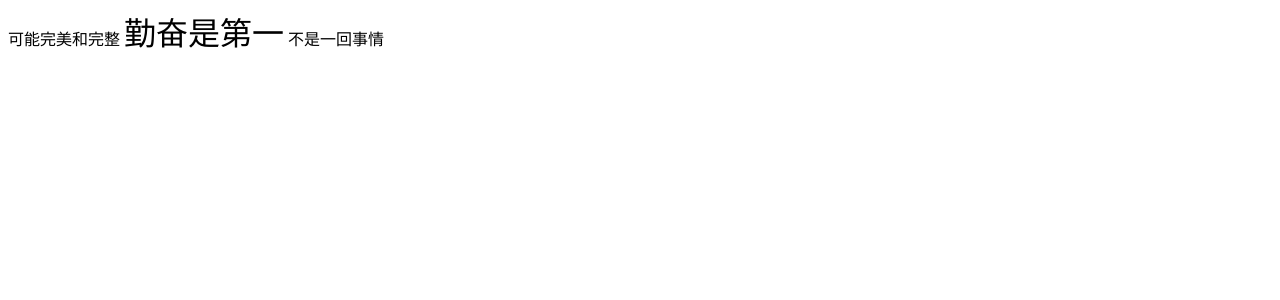
Repository: yuquan1006/-
Page: 02_css/demo.html
An editor plug-in stored every save of this project. The page is shown before and after the next save, followed by the edit.
The browser window is 1280 px wide. The pictures show the whole page.

Above is the page before, as saved 2023-06-26 10:27:48.

After the next save:
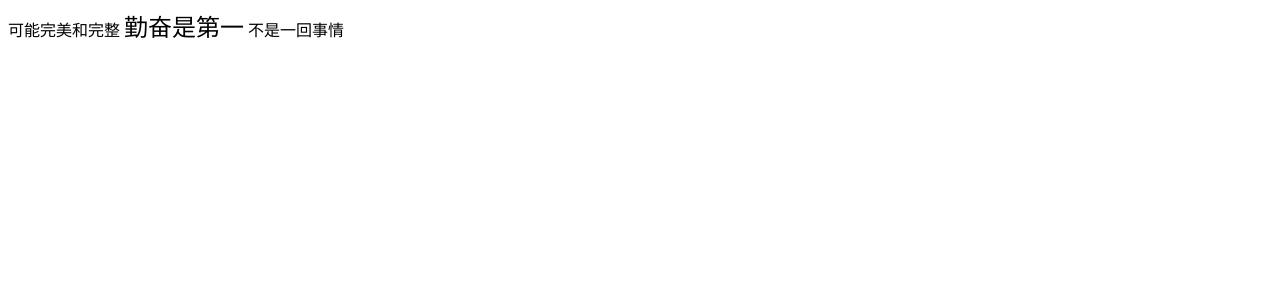
Saved 18 s later.
--- a/02_css/demo.html
+++ b/02_css/demo.html
@@ -6,7 +6,7 @@
     <title>Document</title>
     <style type="text/css">
         label{
-            font-size: 200%;
+            font-size: 150%;
         }
     </style>
 </head>

After the 2 saves that followed:
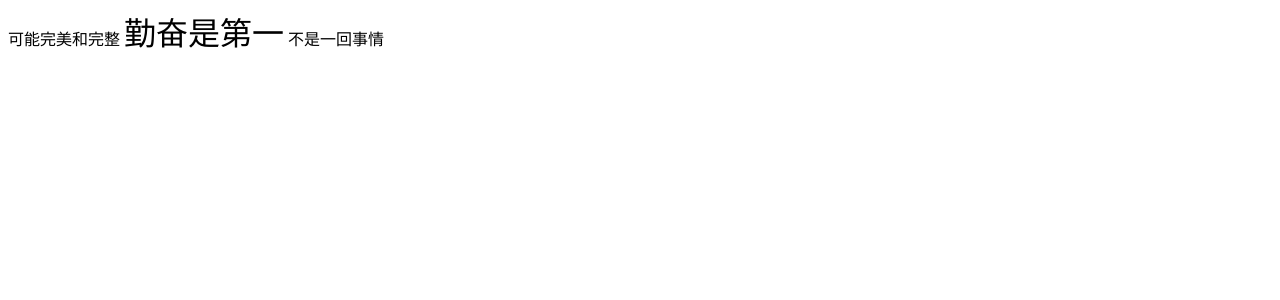
The 2 saves are shown as one change because they came seconds apart.
The last was saved 7 s later.
--- a/02_css/demo.html
+++ b/02_css/demo.html
@@ -6,7 +6,7 @@
     <title>Document</title>
     <style type="text/css">
         label{
-            font-size: 150%;
+            font-size: 200%;
         }
     </style>
 </head>
